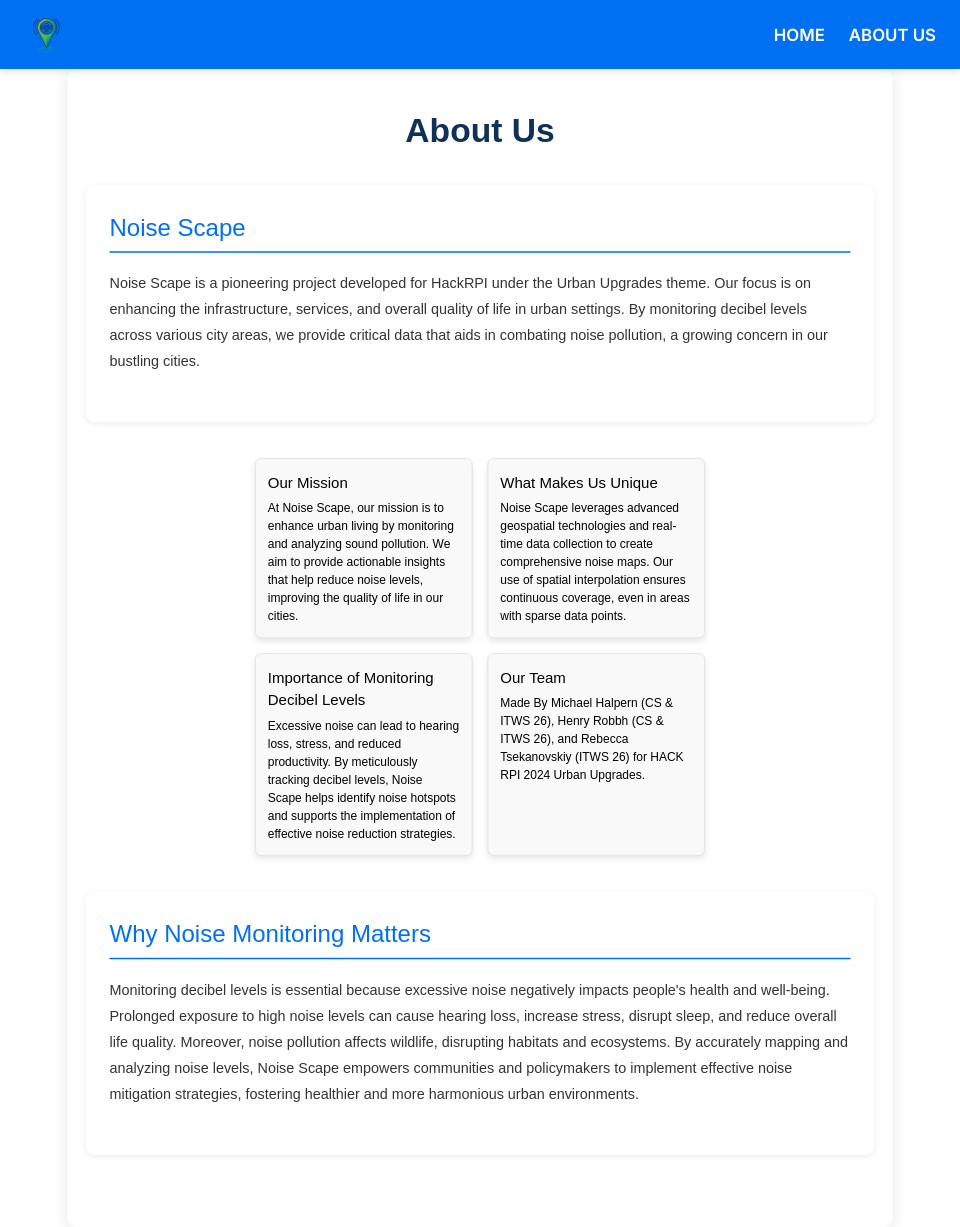
Repository: michaelhelper/HackRPI24
Page: /aboutUs (app in nextjs-dashboard/)
These files come from the project's save history. The page is drawn as it stood at one moment and after a run of saves; the edit follows.
The browser window is 1280 px wide. The pictures show the whole page, at 75% of full size.
Some web fonts or font styles are not loaded; a fallback is used. The project was rebuilt for these pictures with package versions that can differ from the ones it lists, and the page was loaded fresh each time. The framework's server and built-in components were replaced by stand-ins that run in the browser. Also part of the build but not shown: nextjs-dashboard/next.config.ts.

Above is the page before, as saved 2024-11-10 10:30:12.

After the next 7 saves:
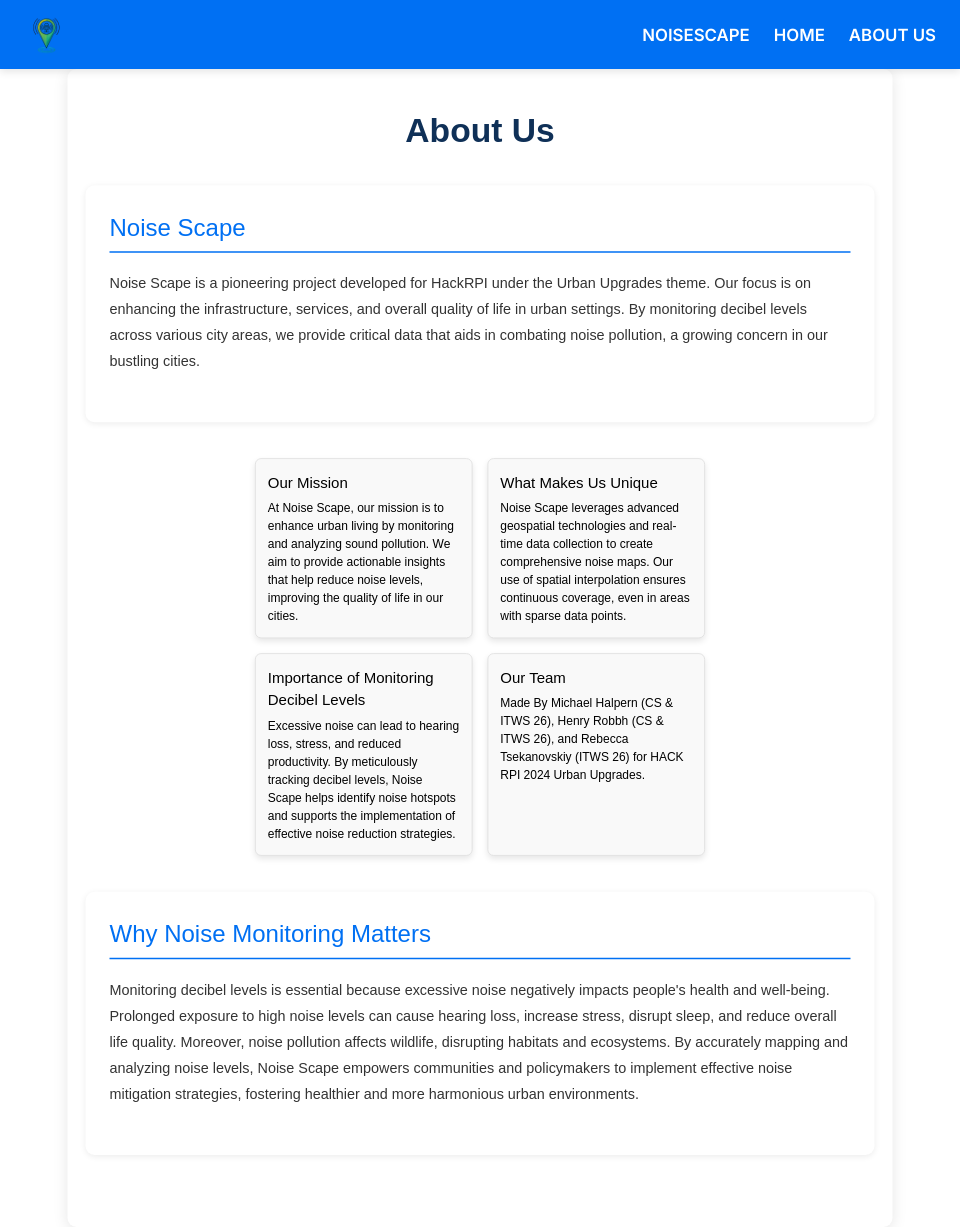
The 7 saves are shown as one change because they came seconds apart.
The last was saved 18 s later.
--- a/nextjs-dashboard/app/nav.tsx
+++ b/nextjs-dashboard/app/nav.tsx
@@ -12,7 +12,11 @@ const Navbar: React.FC = () => {
         <Logo />
       </div>
       <ul className={styles.navLinks}>
-
+        <li className={styles.navItem}>
+          <Link href="" className={styles.navLink}>
+            NOISESCAPE
+          </Link>
+        </li>
         <li className={styles.navItem}>
           <Link href="/" className={styles.navLink}>
             HOME
